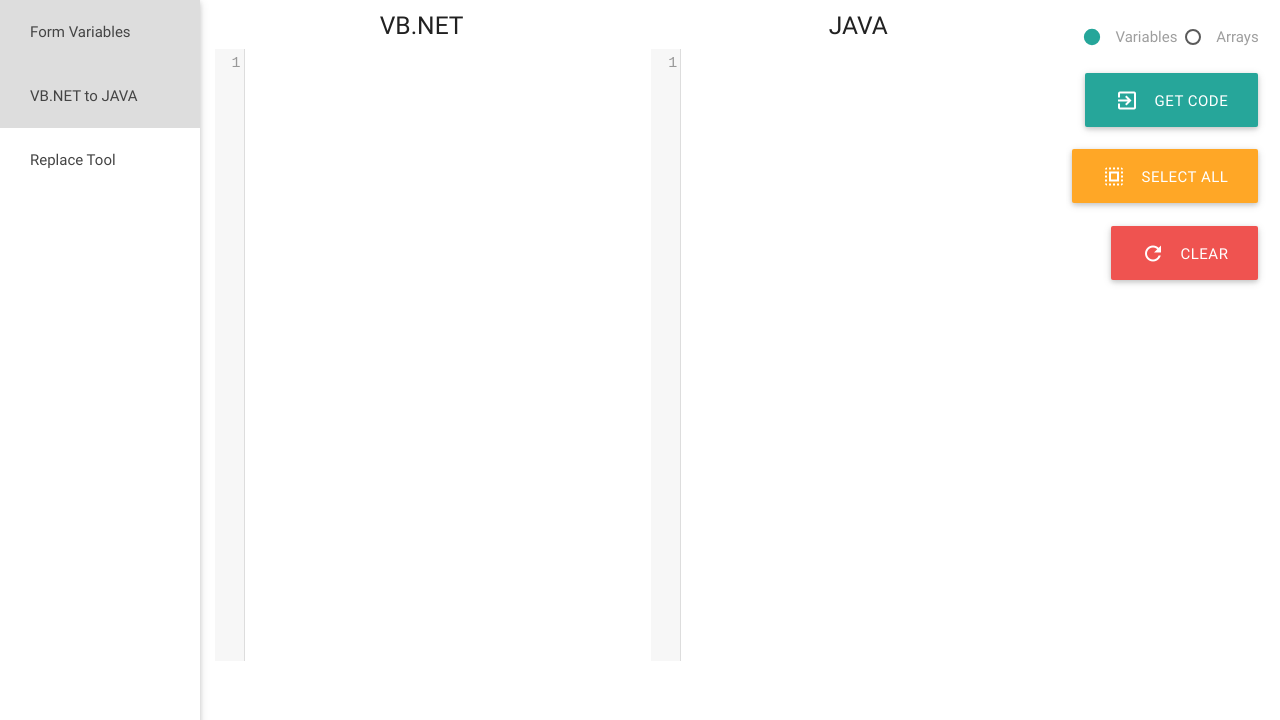
Repository: heyvin/heyvin-tools
Page: http://localhost/tools/convertparams.php
The author's editor kept a record of every edit. The page is drawn from the files as they stood at one moment, then again after the next edit.
The browser window is 1280 px wide. The pictures show the whole page.
The page is run by PHP 8.4 with error messages shown; the project is at /var/www/html/.

Above is the page before.

After the next edit:
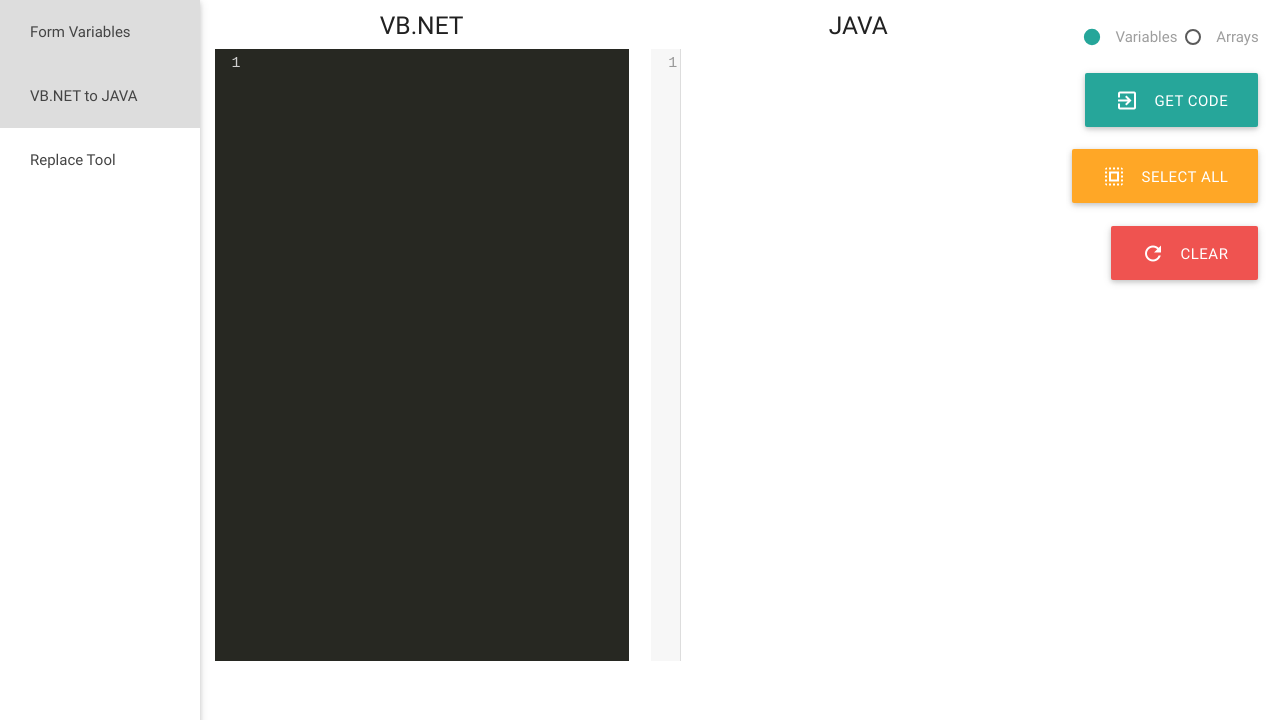
The edit:
--- a/tools/convertparams.php
+++ b/tools/convertparams.php
@@ -61,7 +61,7 @@
 					lineWrapping: false,
 					lineNumbers: true,
 					mode: "vb",
-					theme: "eclipse"
+					theme: "monokai"
 				});
 				cmVb.setSize("100%", "85%");
 				var cmJava = CodeMirror.fromTextArea(document.getElementById("txtJava"), {
